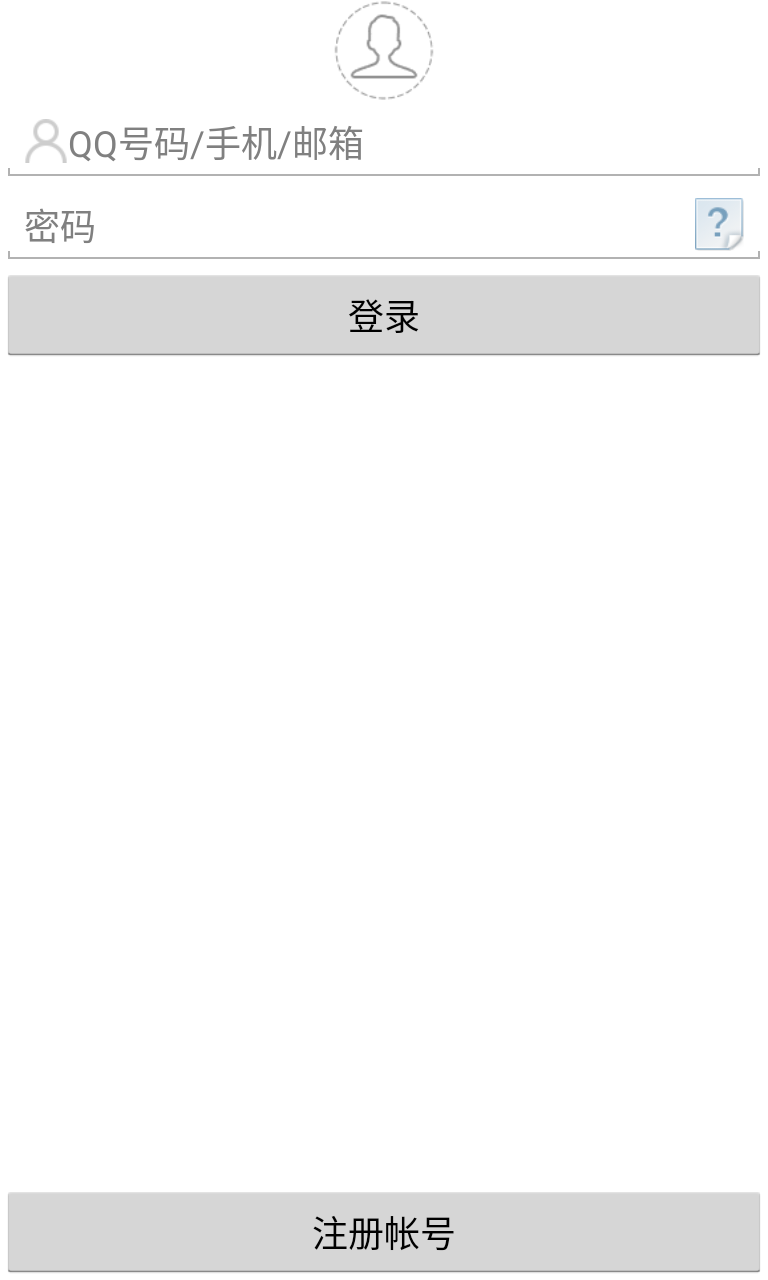
Repository: JDLINLC/android-dev
Layout: ModifyQQ/res/layout/main_activity.xml
The author's editor kept a copy of each file at every save. The layout is drawn from the files as they stood at one save, then again after the next save.
It is drawn on a 768 x 1280 px phone screen (xhdpi) without system bars, with theme AppTheme; the app's code is not run.

Above is the layout before, as saved 2015-04-23 09:39:20.

### ModifyQQ/res/layout/main_activity.xml
<?xml version="1.0" encoding="utf-8"?>
<RelativeLayout xmlns:android="http://schemas.android.com/apk/res/android"
    android:layout_width="match_parent"
    android:layout_height="match_parent">



   <ImageView
        android:id="@+id/image_view"
        android:layout_width="match_parent"
        android:layout_height="wrap_content"
        android:layout_alignParentTop="true"
        android:src="@drawable/hg"
        />
    <EditText
        android:id="@+id/edit1_text"
        android:layout_height="wrap_content"
        android:layout_width="match_parent"
        android:layout_below="@id/image_view"
        android:drawableLeft="@drawable/a"
        android:hint="QQ号码/手机/邮箱"
        />

    	<EditText
        	android:id="@+id/edit2_text"
        	android:layout_height="wrap_content"
        	android:layout_width="match_parent"
        	android:layout_below="@id/edit1_text"
        	android:hint="密码"
        	android:drawableRight="@drawable/ara"
        	android:inputType="textPassword"
        	/>
    <Button
        android:id="@+id/button_1"
        android:layout_height="wrap_content"
        android:layout_width="match_parent"
        android:layout_below="@id/edit2_text"
        android:layout_span="2"
        android:text="登录"
        />
    <Button
        android:id="@+id/button_2"
        android:layout_width="match_parent"
        android:layout_height="wrap_content"
		android:layout_alignParentBottom="true"
        android:text="注册帐号"/>



</RelativeLayout>

Loaded but not shown: ModifyQQ/res/values/styles.xml (common file); ModifyQQ/res/values-v11/styles.xml (common file); ModifyQQ/res/values-v14/styles.xml (common file)

After the next save:
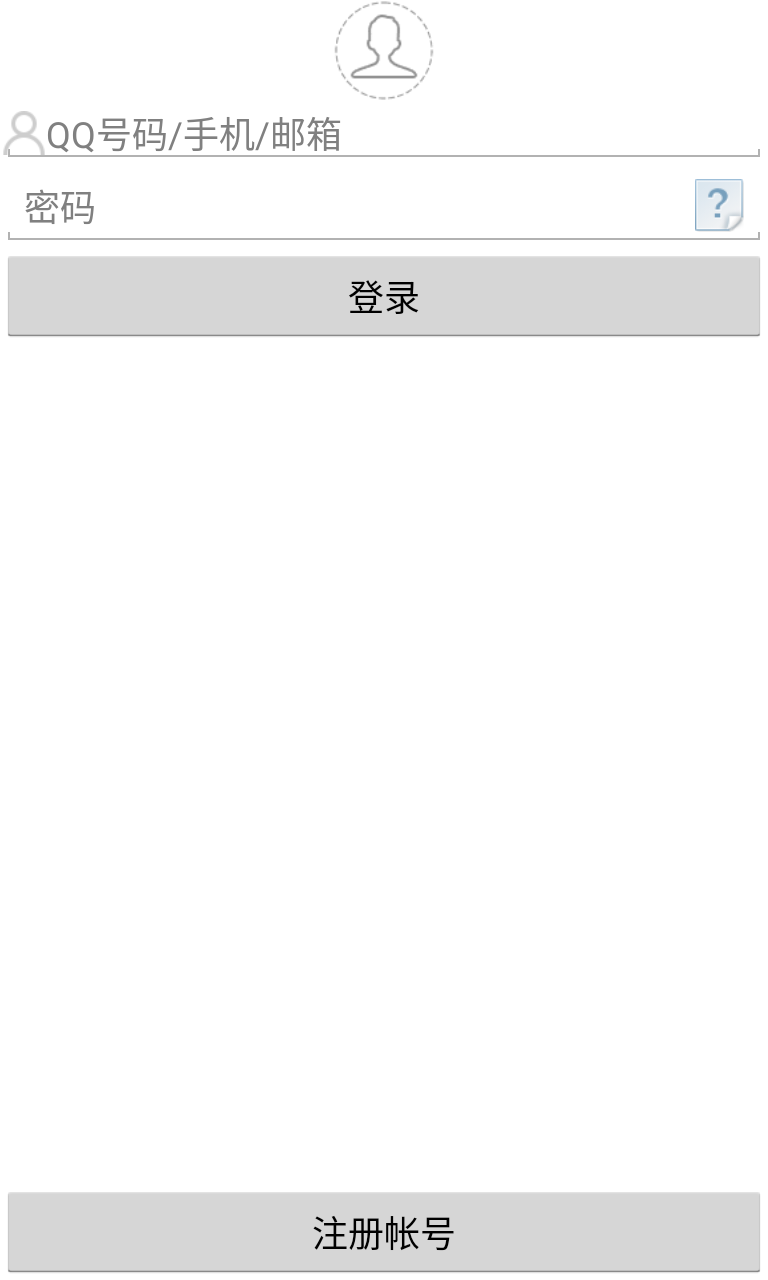
Saved 4 min 15 s later.
--- a/ModifyQQ/res/layout/main_activity.xml
+++ b/ModifyQQ/res/layout/main_activity.xml
@@ -17,6 +17,7 @@
         android:layout_height="wrap_content"
         android:layout_width="match_parent"
         android:layout_below="@id/image_view"
+        android:padding="1"
         android:drawableLeft="@drawable/a"
         android:hint="QQ号码/手机/邮箱"
         />
